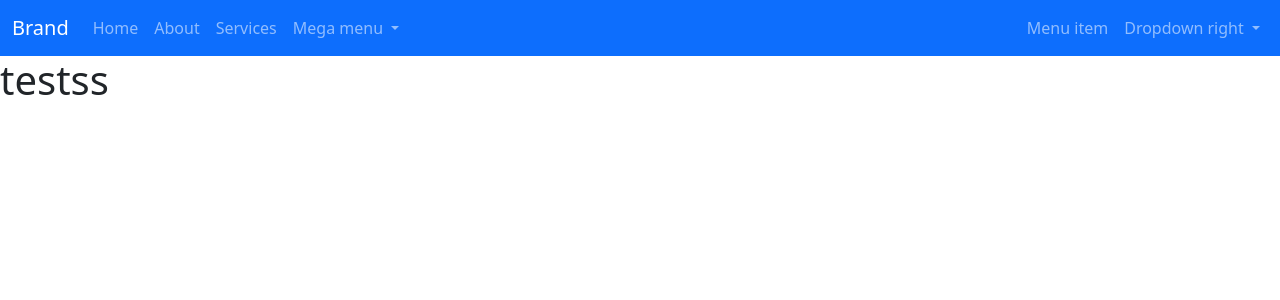
Repository: WaiMaungMaung/Mgr-site
Page: http://localhost/
The author's editor kept a copy of each file at every save. The page is drawn from the files as they stood at one save, then again after the next save.
The browser window is 1280 px wide. The pictures show the whole page.
The page is served by the project's Laravel application, run on PHP 8.4 with Laravel 9.

Above is the page before, as saved 2022-04-06 10:06:52.

After the next save:
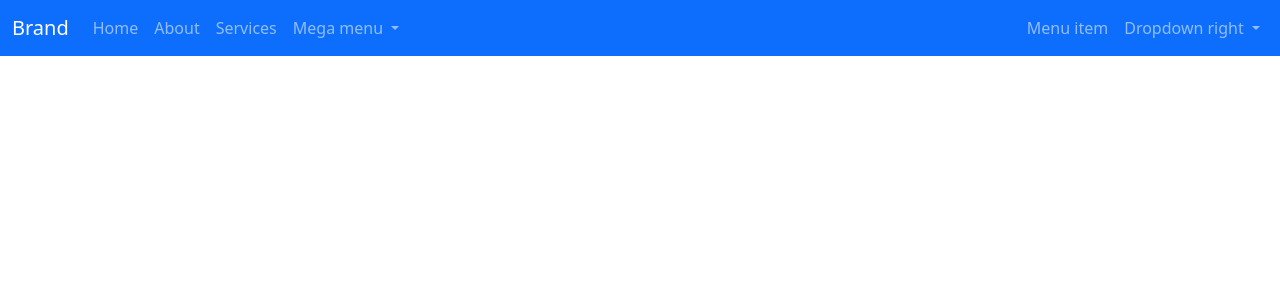
Saved 117 s later.
--- a/resources/views/welcome.blade.php
+++ b/resources/views/welcome.blade.php
@@ -1,6 +1,6 @@
 @extends('layouts.app')
 <div id="container">
-    <nav class="navbar navbar-expand-lg navbar-dark bg-primary">
+    <nav class="navbar navbar-expand-lg navbar-dark bg-primary fixed-top">
         <div class="container-fluid">
             <a class="navbar-brand" href="#">Brand</a>
             <button class="navbar-toggler" type="button" data-bs-toggle="collapse" data-bs-target="#main_nav">
